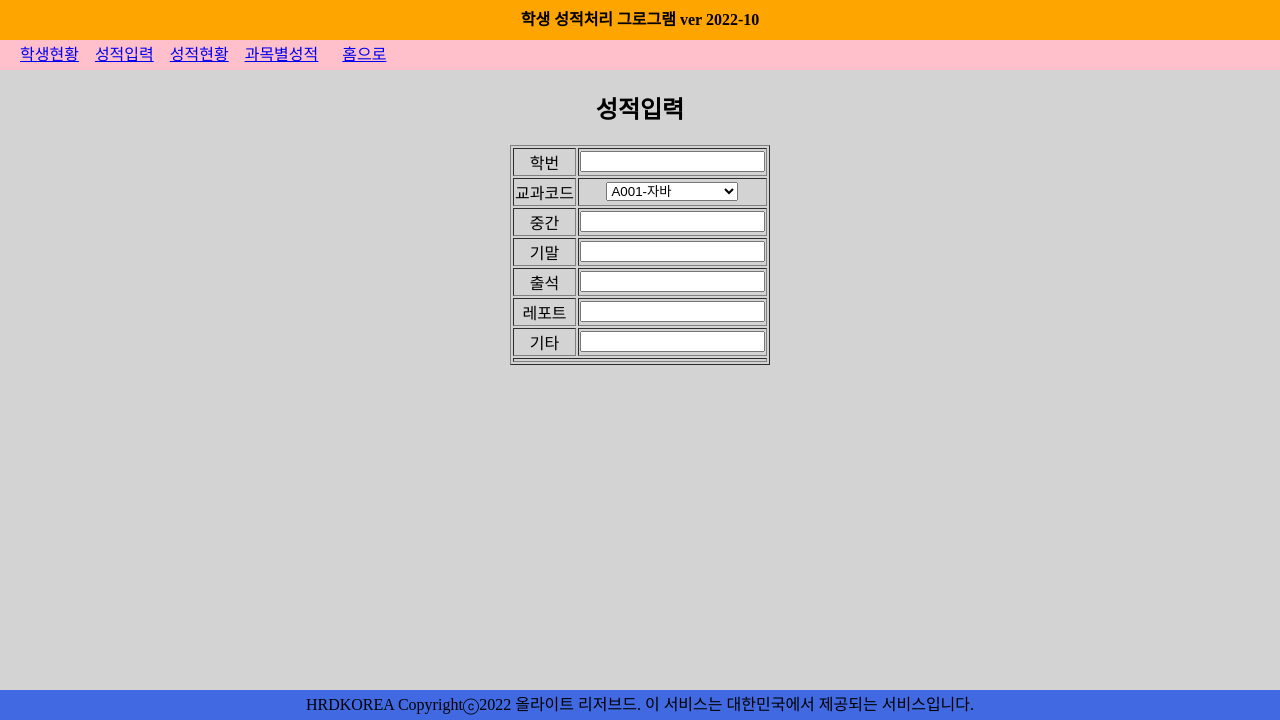
Repository: GotChun/license_practice
Page: http://localhost/HRD_0525/insert.jsp
The author's editor kept a copy of each file at every save. The page is drawn from the files as they stood at one save, then again after the next save.
The browser window is 1280 px wide. The pictures show the whole page.
The page is served by Tomcat 9.

Above is the page before, as saved 2025-02-22 13:16:59.

After the next save:
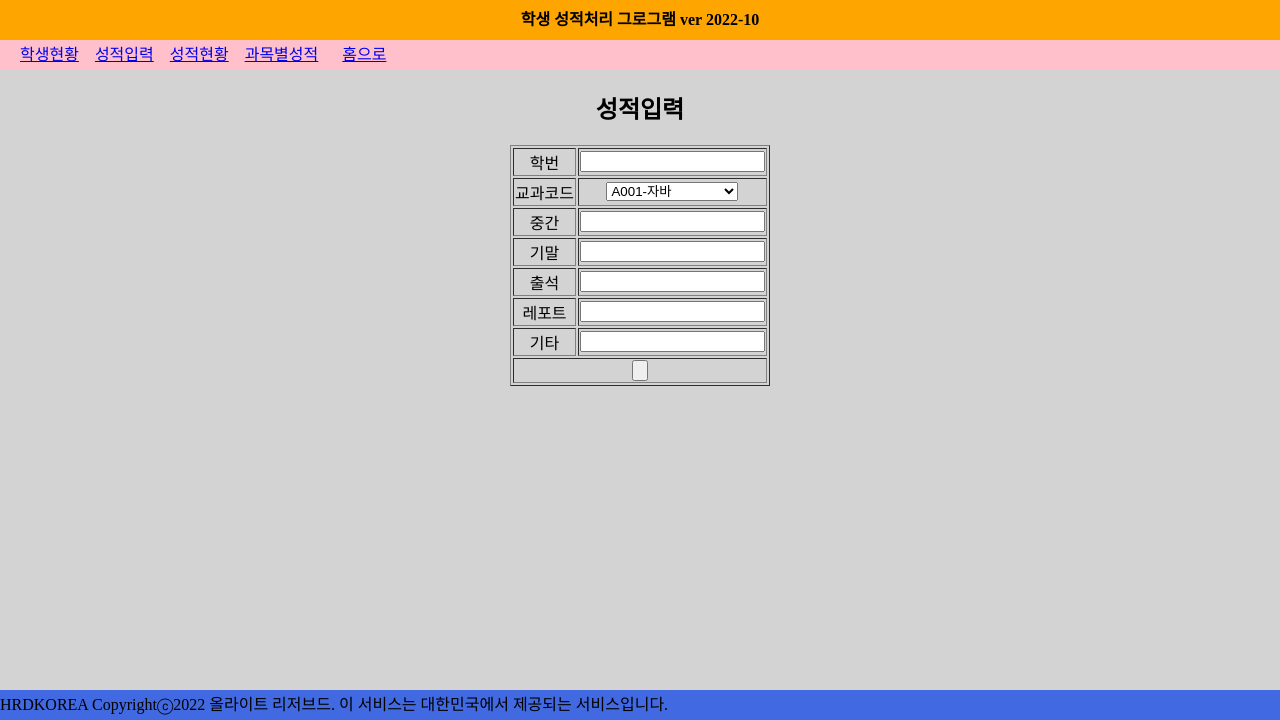
Saved 18 s later.
--- a/HRD_0525/src/main/webapp/insert.jsp
+++ b/HRD_0525/src/main/webapp/insert.jsp
@@ -48,7 +48,9 @@
 		<td><input type="number" name="etc"> </td>
 	</tr>
 	<tr>
-		<td colspan="2></td>
+		<td colspan="2">
+			<input type="button">
+		</td>
 	</tr>
 </table>
 </form>
